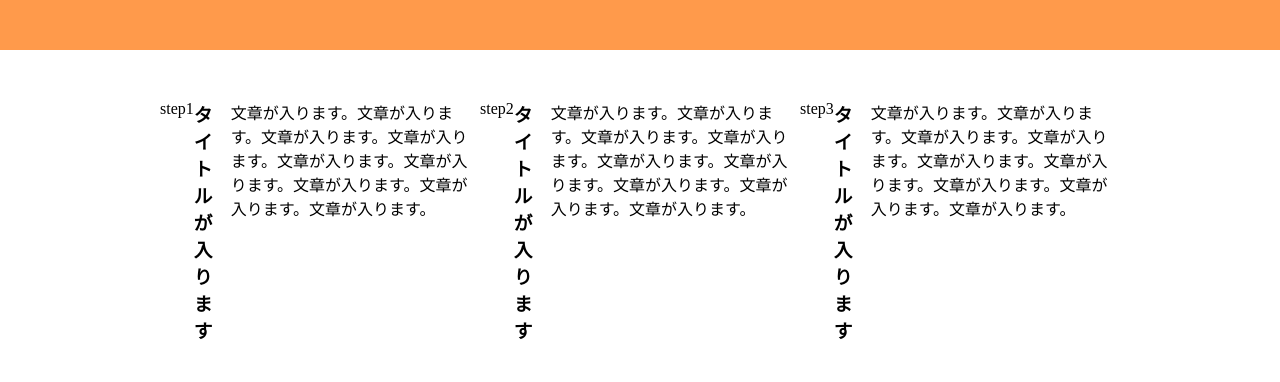
Repository: takuto27/ouyou
Page: chapter9-2_exercise/ensyu9-2.html
The author's editor kept a record of every edit. The page is drawn from the files as they stood at one moment, then again after the next edit.
The browser window is 1280 px wide. The pictures show the whole page.

Above is the page before.

### chapter9-2_exercise/ensyu9-2.html
<!DOCTYPE html>
<html lang="ja">
  <head>
    <meta charset="UTF-8" />
    <link rel=stylesheet href="ensyu9-2.css" />
    <title>演習９－２</title>
  </head>

  <bady>
    <header></header>

    <main>
      <div class="box1"></div>
        <div class="image"></div>
        <span class="category">step1</span>
        <h3 class="title">タイトルが入ります</h3>
        <p class="text">文章が入ります。文章が入ります。文章が入ります。文章が入ります。文章が入ります。文章が入ります。文章が入ります。文章が入ります。文章が入ります。</p>

      <div class="box2"></div>
        <div class="image"></div>
        <span class="category">step2</span>
        <h3 class="title">タイトルが入ります</h3>
        <p class="text">文章が入ります。文章が入ります。文章が入ります。文章が入ります。文章が入ります。文章が入ります。文章が入ります。文章が入ります。文章が入ります。</p>

      <div class="box3"></div>
        <div class="image"></div>
        <span class="category">step3</span>
        <h3 class="title">タイトルが入ります</h3>
        <p class="text">文章が入ります。文章が入ります。文章が入ります。文章が入ります。文章が入ります。文章が入ります。文章が入ります。文章が入ります。文章が入ります。</p>
    </main>

    <footer></footer>
  </bady>

</html>

### chapter9-2_exercise/ensyu9-2.css
* {
  margin: 0;
  padding: 0;
  box-sizing: border-box;
}
header {
  width: 100%;
  height: 50px;
  background-color: #FF9A4B;
}
main {
  width: 960px;
  display: flex;
  justify-content: center;
  margin: 0 auto;
  padding: 50px 0;
}
.box {
  width: 300px;
  margin-right: 30px;
  padding: 10px;
   position: relative;
  background-color: #eeeeee;
}
.step-img1 {
  height: 150px;
  background-image: url(img/flow01.png);
  background-position: bottom;
  background-size: cover;
}

After the next edit:
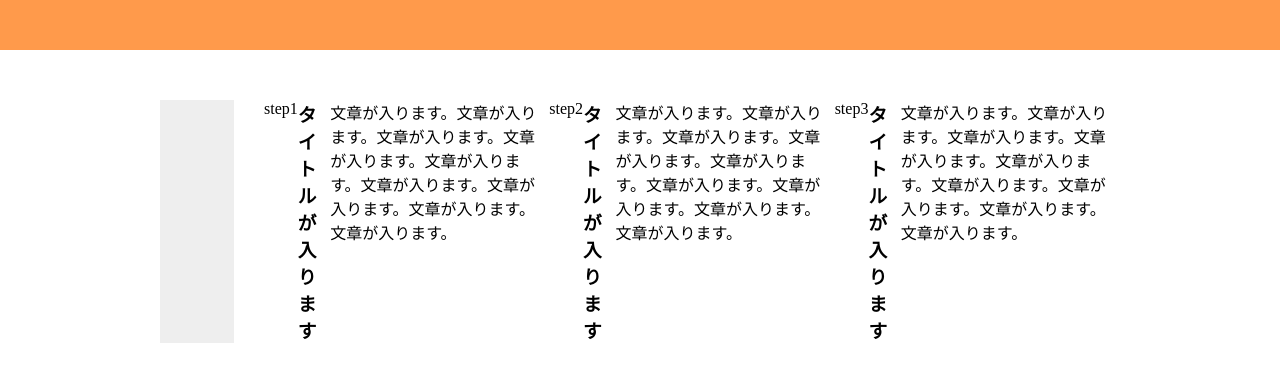
The edit:
--- a/chapter9-2_exercise/ensyu9-2.html
+++ b/chapter9-2_exercise/ensyu9-2.html
@@ -10,7 +10,7 @@
     <header></header>
 
     <main>
-      <div class="box1"></div>
+      <div class="box"></div>
         <div class="image"></div>
         <span class="category">step1</span>
         <h3 class="title">タイトルが入ります</h3>
